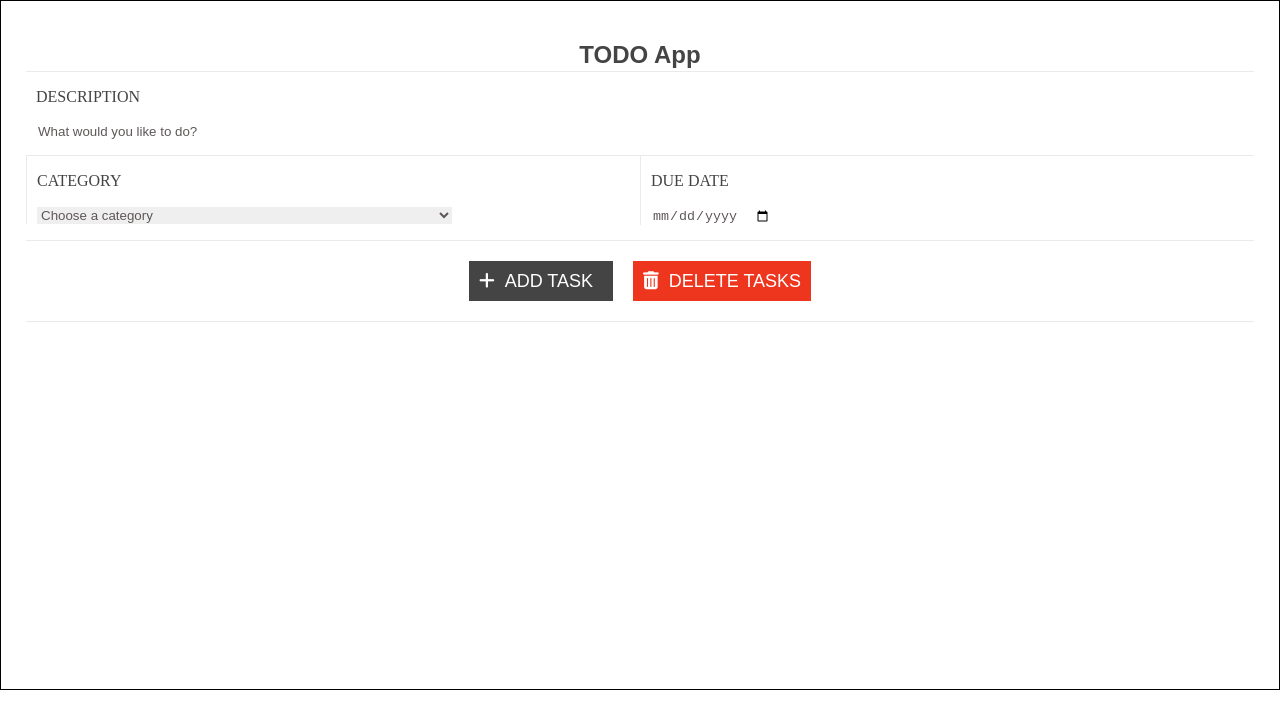
Repository: king-slayer97/TODO-App
Page: http://localhost/
These files come from the project's save history. The page is drawn as it stood at one moment and after the next save; the edit follows.
The browser window is 1280 px wide. The pictures show the whole page.
Some web libraries are served in a nearby version. The page is served by the project's Node server (index.js). Other server files are loaded and not shown. Queries for data that is not in the repository find no rows.

Above is the page before, as saved 2022-08-17 22:40:01.

### views/home.ejs
<!DOCTYPE html>
<html lang="en">

<head>
    <meta charset="UTF-8">
    <meta http-equiv="X-UA-Compatible" content="IE=edge">
    <meta name="viewport" content="width=device-width, initial-scale=1.0">
    <title>TODO App</title>
    <link rel="stylesheet" href="https://cdnjs.cloudflare.com/ajax/libs/font-awesome/6.1.1/css/all.min.css"
        integrity="sha512-KfkfwYDsLkIlwQp6LFnl8zNdLGxu9YAA1QvwINks4PhcElQSvqcyVLLD9aMhXd13uQjoXtEKNosOWaZqXgel0g=="
        crossorigin="anonymous" referrerpolicy="no-referrer" />
    <link rel="stylesheet" href="/css/home.css">
</head>

<body>
    <div class="wrapper">
        <div class="heading">
            <h2>TODO App</h2>
        </div>
        <form action="" method="post">
            <div class="description">
                <p>Description</p>
                <input type="text" name="description" placeholder="What would you like to do?">
            </div>
            <div class="section2">
                <div class="category">
                    <p>Category</p>
                    <select name="category">
                        <option selected disabled><i class="fa-solid fa-caret-down"></i>Choose a category </option>
                        <option value="Personal">Personal</option>
                        <option value="Work">Work</option>
                        <option value="School">School</option>
                        <option value="Cleaning">Cleaning</option>
                        <option value="Other">Other</option>
                    </select>
                </div>
                <div class="date">
                    <p>Due Date</p>
                    <input type="date" name="due_date">
                </div>
            </div>
            <div class="buttons">
                <button type="submit" id="add-button" formaction="/create-task"><i class="fa-solid fa-plus"></i>Add
                    Task</button>
                <button id="delete-button" formaction="/delete-task"><i class="fa-solid fa-trash-can"></i>Delete
                    Tasks</button>
            </div>
            <!-- </form>
        <form action="/delete-task" method="POST"> -->
            <div class="tasks">
                <% for(let task of tasks){ %>
                    <div class="task-wrapper">
                        <div class="input-wrapper">
                            <input type="checkbox" name="taskItem" value=<%=task._id %>>
                            <div class="task">
                                <div class="task-desc-wrapper">
                                    <div class="task-desc">
                                        <label class="strike-<%=task._id %>">
                                            <%=task.description %>
                                        </label>
                                    </div>
                                    <span class="task-dueDate strike-<%=task._id %>">
                                        <i class="fa-solid fa-calendar-days"></i>
                                        <span class="task-date">
                                            <%=task.due_date %>
                                        </span>
                                    </span>
                                </div>
                            </div>
                        </div>
                            <div class="task-category">
                                <%=task.category %>
                            </div>
                    </div>
                        <% } %>
        </form>
    </div>
    <script src="/js/home.js"></script>
</body>

</html>

### index.js
const express = require('express');
const PORT = 3000;
const app = express();
const db = require('./config/mongoose');

//setup view engine
app.set('view engine', 'ejs');
app.set('views','./views');
app.use(express.static('assets'));
app.use(express.urlencoded());

//importing routes
const router = require('./routes');
app.use('/',router);

//Listening on port 3000
app.listen(PORT, function(err){
    if(err) {
        console.log(`Error: ${err}`);
    }
    else{
        console.log(`Listening on port ${PORT}`);
    }
});

### controllers/home_controller.js
const Task = require('../models/userTask');

module.exports.homePage = function(req, res){
    Task.find({}, function(err, taskList){
        if(err){
            console.log(`Couldnt perform read operation. Please try again!`);
        }
        else{
            // console.log(taskList);
            res.render('home',{title: "TODO App",tasks:taskList});
        }
    });
};

### assets/css/home.css
body {
  margin: 0;
}

.wrapper {
  border: 1px solid black;
  padding: 20px 25px;
  height: 90vh;
}

.heading {
  text-align: center;
  border-bottom: 1px solid #eaeaea;
  height: 30px;
  /* display: flex;
    align-items: center;
    justify-content: center; */
}

.heading h2 {
  color: #444444;
  font-family: Arial, Helvetica, sans-serif;
  /* font-style: inherit; */
}

.description {
  border-bottom: 1px solid #eaeaea;
  /* display: flex;
    flex-direction:column;
    justify-content: flex-start; */
  /* background-color: yellow; */
  padding: 0px 10px;
  padding-bottom: 15px;
}

.description p,
.category p,
.date p {
  color: #444444;
  text-transform: uppercase;
  /* background-color: pink; */
}

.description input[type="text"] {
  border-style: none;
  width: 100%;
  /* text-align: left; */
}

.section2 {
  display: flex;
  align-items: center;
  justify-content: flex-start;
  border-bottom: 1px solid #eaeaea;
  padding-bottom: 15px;
}

.category select {
  width: 70%;
  /* -webkit-appearance: none;
  -moz-appearance: none;
  appearance: none; Remove default arrow */
  /* background-image: url(...);   Add custom arrow */
  /* background-color: transparent; */
}

select option {
  cursor: pointer;
  /* color: #333; */
}

/* select option:hover{
  background-color:pink;
} */

.category,
.date {
  /* height: 100%; */
  padding: 0px 10px;
  flex: 0.5;
}

/* .date input[type="date"] {
  /* height: 100%; */
/* } */

.category select,
.description input[type="text"],
input::placeholder,
.date input[type="date"] {
  font-size: 0.9 rem;
  border: none;
  outline: 0px;
  color: rgb(94, 87, 87);
  /* -webkit-appearance: button; */
  /* -webkit-box-shadow: 0px 1px 3px rgba(0, 0, 0, 0.1); */
}

.section2 .date,
.section2 .category {
  border-left: 1px solid #eaeaea;
}

.buttons {
  padding: 10px 15px;
  display: flex;
  align-items: center;
  justify-content: center;
  border-bottom: 1px solid #eaeaea;
}

.buttons button {
  margin: 10px;
  height: 40px;
  /* width: 150px; */
  text-transform: uppercase;
  color: white;
  border: none;
  padding: 5px 10px;
  cursor: pointer;
  font-size: large;
}

#add-button {
  background-color: #444444;
  padding-right: 20px;
}

#delete-button {
  background-color: #ee351e;
}

#delete-button i,
#add-button i {
  margin-right: 10px;
}

.tasks {
  margin-top: 20px;
}

.tasks .task {
  border-bottom: 1px solid #eaeaea;
  padding: 10px 0px;
  display: flex;
  align-items: center;
  justify-content: space-between;
}

.tasks .task-desc {
  display: flex;
  align-items: center;
}

.task-wrapper{
  display: flex;
  align-items: center;
  justify-content: space-between;

}

.input-wrapper{
  display: flex;
}

.tasks .task-dueDate {
  font-size: 12px;
  /* margin: 20px; */
  margin-left: 30px;
  color: grey;
}

.task-date{
  margin-left: 5px;
  text-transform: uppercase;
}

.tasks .task-category {
  /* border: 1px solid black; */
  padding: 10px 5px;
  text-transform: uppercase;
  width: 90px;
  text-align: center;
  color: white;
}

### assets/js/home.js
console.log(`This is home.js`);

let categoryContainer = document.querySelectorAll(".task-category");
console.log(categoryContainer);

//changing the date format
let dueDates = document.querySelectorAll(".task-date");
console.log(dueDates);
for (let i = 0; i < dueDates.length; i++) {
  var mydate = new Date(dueDates[i].innerText);
  console.log(mydate);
  var month = [
    "Jan",
    "Feb",
    "Mar",
    "Apr",
    "May",
    "June",
    "July",
    "Aug",
    "Sep",
    "Oct",
    "Nov",
    "Dec",
  ][mydate.getMonth()];
  let str;
  if (month === undefined) {
    str = "No Deadline";
  } else {
    str = month + " " + mydate.getDate() + ", " + mydate.getFullYear();
}
    dueDates[i].innerText = str;
}

//Maintaining the color of the Category
for (let category of categoryContainer) {
  if (category.innerText == "SCHOOL") {
    category.style.backgroundColor = "#f2a700";
  } else if (category.innerText == "WORK") {
    category.style.backgroundColor = "#9c00af";
  } else if (category.innerText == "PERSONAL") {
    category.style.backgroundColor = "#3f51b5";
  } else {
    category.style.display = "none";
  }
}

var checkedBoxes = document.querySelectorAll('input[name="taskItem"]');
console.log(checkedBoxes);

//Adding event listeners for striking off the checked task
for (let i = 0; i < checkedBoxes.length; i++) {
  let id = checkedBoxes[i].defaultValue;
  let elements = document.querySelectorAll(`.strike-${id}`);
  elements.forEach(function (element) {
    element.style.marginLeft = "10px";
  });
  checkedBoxes[i].addEventListener("click", function () {
    if (checkedBoxes[i].checked) {
      elements.forEach(function (element) {
        element.style.textDecoration = "line-through";
      });
    } else {
      elements.forEach(function (element) {
        element.style.textDecoration = "none";
      });
    }
    // document.querySelector(`#${checkedBoxes[i].defaultValue}`).
    // if(document.querySelectorAll('input[name="taskItem"]:checked')){
    //     let elements = document.querySelectorAll('.strike');
    //     console.log(elements);
    // }
    console.log(`Inside Event Listener`);
  });
}

After the next save:
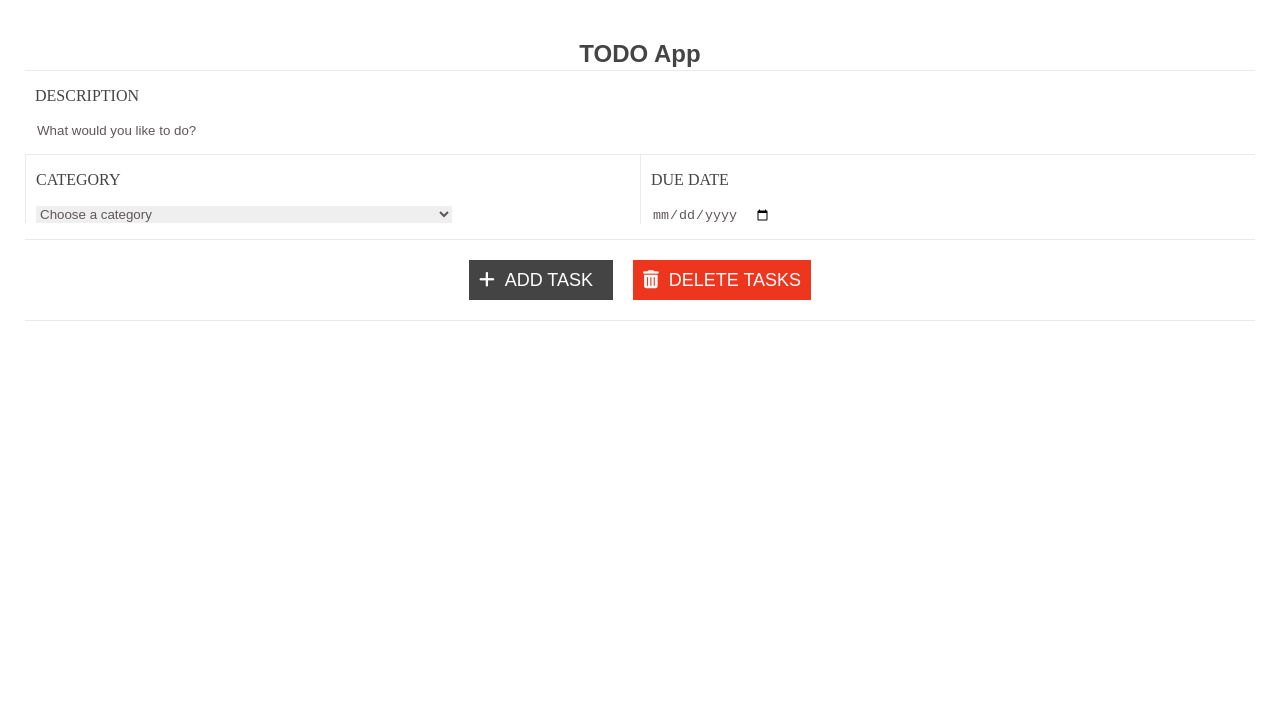
Saved 24 s later.
--- a/assets/css/home.css
+++ b/assets/css/home.css
@@ -3,7 +3,7 @@ body {
 }
 
 .wrapper {
-  border: 1px solid black;
+  /* border: 1px solid black; */
   padding: 20px 25px;
   height: 90vh;
 }
